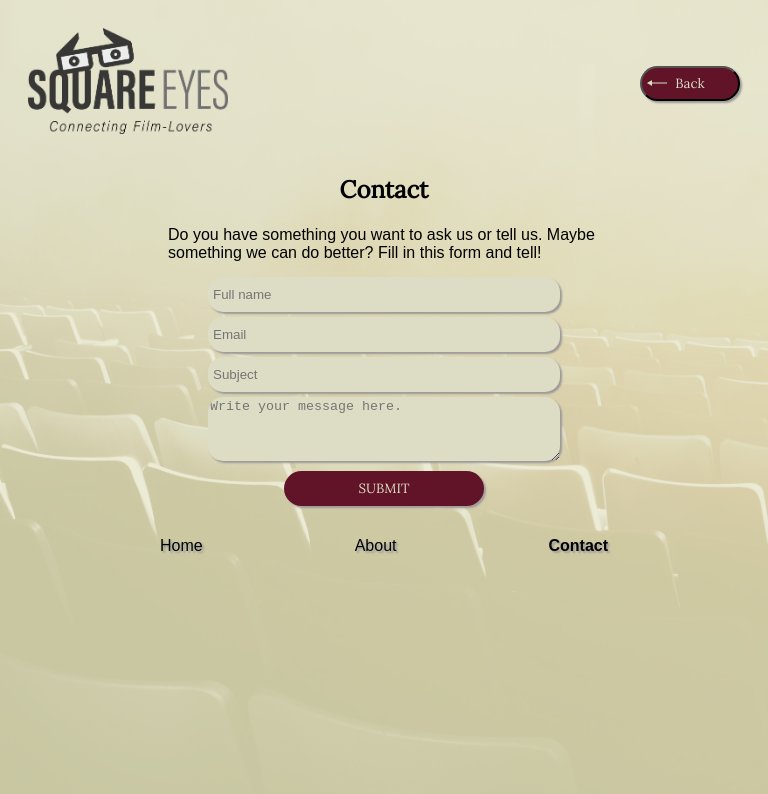
Repository: Noroff-FEU-Assignments/cross-course-project-Bekkholt
Page: contact.html
The author's editor kept a copy of each file at every save. The page is drawn from the files as they stood at one save, then again after the next save.
The browser window is 768 px wide. The pictures show the whole page.

Above is the page before, as saved 2022-11-07 16:03:54.

After the next save:
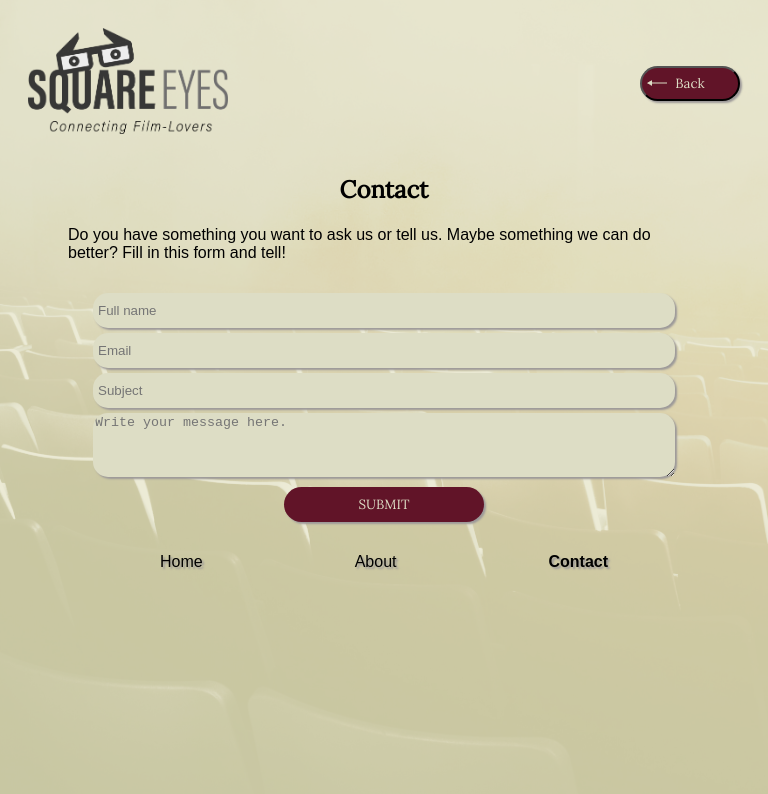
Saved 29 min 37 s later.
--- a/css/index.css
+++ b/css/index.css
@@ -198,8 +198,11 @@
 
 @media (min-width: 600px) and (max-width: 999px) {
     header {
-        justify-content: space-between;
-        }
+        display: flex;
+    flex-direction: row;
+    justify-content: space-between;
+    align-items: center;
+    padding: 20px;
 
     p {
     margin: 0px 100px;

After the save that followed:
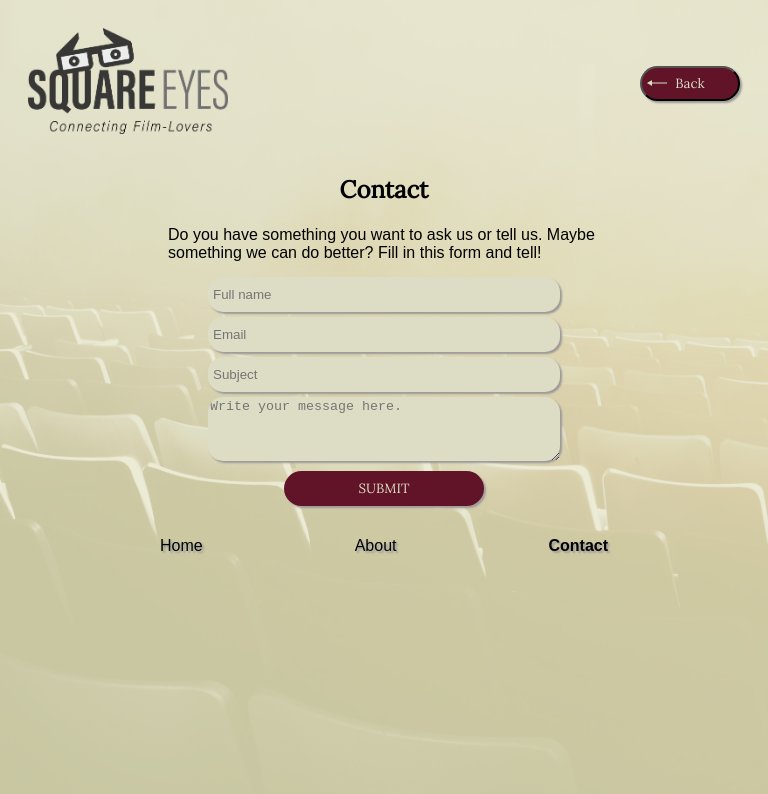
Saved 23 s later.
--- a/css/index.css
+++ b/css/index.css
@@ -197,12 +197,6 @@
 }
 
 @media (min-width: 600px) and (max-width: 999px) {
-    header {
-        display: flex;
-    flex-direction: row;
-    justify-content: space-between;
-    align-items: center;
-    padding: 20px;
 
     p {
     margin: 0px 100px;
